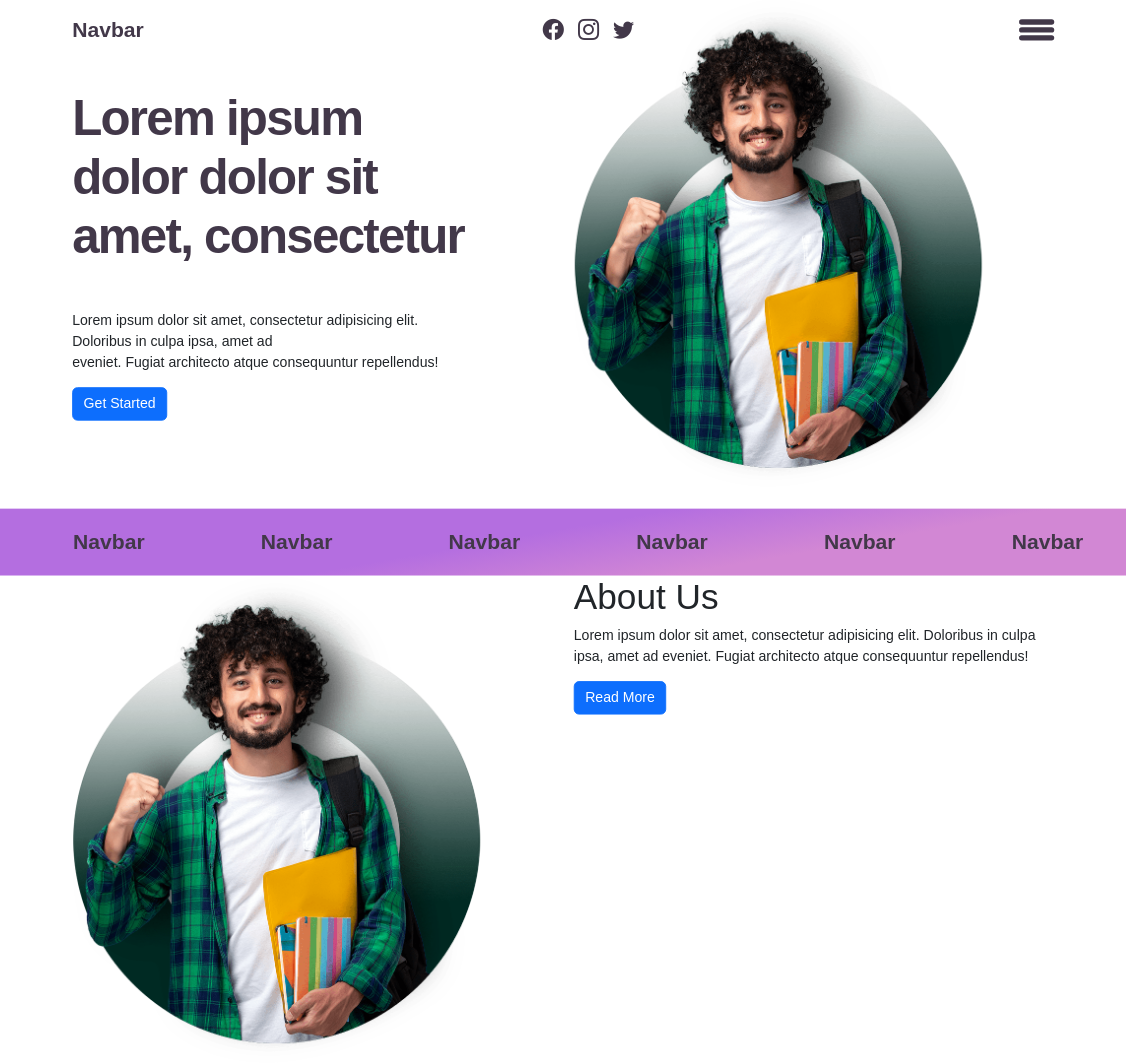
Repository: tagnam/project27012025
Page: index.html
The author's editor kept a copy of each file at every save. The page is drawn from the files as they stood at one save, then again after a run of saves.
The browser window is 1280 px wide. The pictures show the whole page, at 88% of full size.

Above is the page before, as saved 2025-01-27 16:16:32.

### index.html
<!DOCTYPE html>
<html lang="en">
<head>
    <meta charset="UTF-8">
    <meta name="viewport" content="width=device-width, initial-scale=1.0">
    <link href="https://cdn.jsdelivr.net/npm/bootstrap@5.3.3/dist/css/bootstrap.min.css" rel="stylesheet" integrity="sha384-QWTKZyjpPEjISv5WaRU9OFeRpok6YctnYmDr5pNlyT2bRjXh0JMhjY6hW+ALEwIH" crossorigin="anonymous">
    <link rel="stylesheet" href="style/css/index.css">
    <link rel="stylesheet" href="style/css/animation.css">
    <link rel="stylesheet" href="style/css/responsive.css">
    <title>project27012025</title>
</head>
<body>
<header>
    <!-- --------------------------------------------start nav bar ------------------------------->
    <nav class="navbar navbar-expand-lg custom-nav">
        <div class="container">
          <div class="collapse navbar-collapse justify-content-between" id="navbarSupportedContent">
            <a class="navbar-brand" href="#">Navbar</a>
            <ul class="navbar-nav  ">

              <li class="nav-item">
                <a class="nav-link" href="#"><i class="bi bi-facebook"></i></a>
              </li>
              <li class="nav-item">
                <a class="nav-link" href="#"><i class="bi bi-instagram"></i></a>
              </li>
              <li class="nav-item">
                <a class="nav-link" href="#"><i class="bi bi-twitter"></i></a>
              </li>
            </ul>
            <div class="d-flex">
               <div class="menu-container" type="button" data-bs-toggle="offcanvas" data-bs-target="#offcanvasExample" aria-controls="offcanvasExample">
                <span class="span-menu-01 menu-icon"></span>
                <span class="span-menu-02 menu-icon"></span>
                <span class="span-menu-03 menu-icon"></span>
            </div>
            </div>
          </div>
        </div>
      </nav>

      <!-- ------------------------------start offcanvas ---------------------------------------->
      <div class="offcanvas offcanvas-start " tabindex="-1" id="offcanvasExample" aria-labelledby="offcanvasExampleLabel">
        <div class="offcanvas-header">
          <h5 class="offcanvas-title" id="offcanvasExampleLabel">Offcanvas</h5>
          <button type="button" class="btn-close text-reset" data-bs-dismiss="offcanvas" aria-label="Close"></button>
        </div>
        <div class="offcanvas-body">
          <div>
            Some text as placeholder. In real life you can have the elements you have chosen. Like, text, images, lists, etc.
          </div>
          <div class="dropdown mt-3">
            <button class="btn btn-secondary dropdown-toggle" type="button" id="dropdownMenuButton" data-bs-toggle="dropdown">
              Dropdown button
            </button>
            <ul class="dropdown-menu" aria-labelledby="dropdownMenuButton">
              <li><a class="dropdown-item" href="#">Action</a></li>
              <li><a class="dropdown-item" href="#">Another action</a></li>
              <li><a class="dropdown-item" href="#">Something else here</a></li>
            </ul>
          </div>
        </div>
      </div>
       <!-- -----------------------------end offcanvas ------------------------------------------->
      <!------------------------------------------------ end navbar ----------------------------->


</header>
<section class="hero-section">
    <div  class="container" style="height: 100%;">
        <div class="row" >
            <div class="col-lg-6 col-md-6 col-sm-12">
                <div class="banner-content ">
                    <h1>Lorem ipsum dolor  dolor sit amet, consectetur </h1>
                    <p>Lorem ipsum dolor sit amet, consectetur adipisicing elit. Doloribus in culpa ipsa, amet ad<br> eveniet. Fugiat architecto atque consequuntur repellendus!</p>
                    <button class="btn btn-primary">Get Started</button>
                </div>
            </div>
            <div class="col-lg-6 col-md-6 col-sm-12">
                <div class="banner-img d-flex justify-content-end">
                    <img src="image/hero-banner-01.webp" class="w-100" alt="">

            </div>

        </div>
    </div>
    <!-- <div class="row">
        <div class="col-lg-6 col-md-6 col-sm-12 d-flex justify-content-start">
            <div class="banner-btn">
                <a class="btn custom-btn btn-outline-success"> Get Started </a>
            </div>
        </div>
        <div class="col-lg-6 col-md-6 col-sm-12 d-flex justify-content-end">
             <div class="banner-footer-text">
                <p>Lorem ipsum dolor sit amet <br>consectetur adipisicing elit. Numquam, vel.</p>
             </div>

    </div>
 </div> -->
  </section>


<section class="client-section">
    <div class="container-fluid">
       <div class="row  row-cols-3 row-cols-md-6 g-4">
        <div class="col client-logo">
            <a class="navbar-brand w-25" href="#">Navbar</a>
        </div>
        <div class="col client-logo">
            <a class="navbar-brand w-25" href="#">Navbar</a>
        </div>
        <div class="col client-logo">
            <a class="navbar-brand w-25" href="#">Navbar</a>
        </div>
        <div class="col client-logo">
            <a class="navbar-brand w-25" href="#">Navbar</a>
        </div>
        <div class="col client-logo">
            <a class="navbar-brand w-25" href="#">Navbar</a>
        </div>
        <div class="col client-logo">
            <a class="navbar-brand w-25" href="#">Navbar</a>
        </div>

    </div>
    </div>
</section>

<section>
    <div class="container">
        <div class="row">
            <div class="col-lg-6 col-md-6 col-sm-12">
                <div class="about-img">
                    <img src="image/hero-banner-01.webp" class="w-100" alt="">
                </div>
            </div>
            <div class="col-lg-6 col-md-6 col-sm-12">
                <div class="about-content">
                    <h1>About Us</h1>
                    <p>Lorem ipsum dolor sit amet, consectetur adipisicing elit. Doloribus in culpa ipsa, amet ad eveniet. Fugiat architecto atque consequuntur repellendus!</p>
                    <button class="btn btn-primary">Read More</button>
                </div>
            </div>

        </div>
    </div>
</section>
<script src="https://cdn.jsdelivr.net/npm/bootstrap@5.3.3/dist/js/bootstrap.bundle.min.js" integrity="sha384-YvpcrYf0tY3lHB60NNkmXc5s9fDVZLESaAA55NDzOxhy9GkcIdslK1eN7N6jIeHz" crossorigin="anonymous"></script>
<script src="style/js/custom.js"></script>
</body>
</html>

### style/css/index.css
@import url("https://cdn.jsdelivr.net/npm/bootstrap-icons@1.11.3/font/bootstrap-icons.min.css");

*{
 margin: 0;
padding: 0;
box-sizing: border-box;
}

:root{
    --dark-color:#423849;
    --semi-dark-color:#b46ee0;
    --light-color:#d287d4;
    --white-color:#fff;
    --main-heading-font-size: 3.5rem;
    --subheading-font-size: 2rem;
    --paragraph-font-size: 1rem;


}


body{
    font-family: 'Poppins', sans-serif;


}

header{
    position: fixed;
    top: 0;
    z-index: 1000;
width: 100%;
}

.navbar-brand{
    font-size: 1.5rem;
    font-weight: 800;
    color: var(--dark-color);
}

.menu-icon{
    display: block;
    width: 40px;
    height: 6px;
    background-color: var(--dark-color);
    margin: 3px auto;
    border-radius: 20px;
    cursor: pointer;
}


.nav-link .bi{
    font-size: 1.5rem;
    color: var(--dark-color);
}

.banner-content{
    margin: 100px auto;
    padding-right: 100px;
}

.banner-content h1{
    color: var(--dark-color);
    font-weight: 800;
    /* font-size: 55px; */
    font-size: var(--main-heading-font-size);
    letter-spacing: -2px;
    margin: 50px 0px;
}
/* .hero-section{
   background-image: url(/image/business-banner.jpg);
    background-size: cover;
    background-position: center;
    height: 100vh;
} */

.banner-footer-text p{
    color: var(--dark-color);

}


.client-section{
    background: linear-gradient(-190deg, rgba(180,110,224,1) 45%, rgba(210,135,212,1) 70%);
    padding: 20px 0px;
    overflow: hidden;
}

.client-logo{
    display: flex;
    justify-content: center;
    align-items: center;
    flex-wrap: wrap;
    color: var(--white-color);
}

Loaded but not shown: style/js/custom.js (no copy from this time; the picture is the same without it); style/css/animation.css (no stored copy; drawn as an empty file); style/css/responsive.css (no stored copy; drawn as an empty file)

After the next 2 saves:
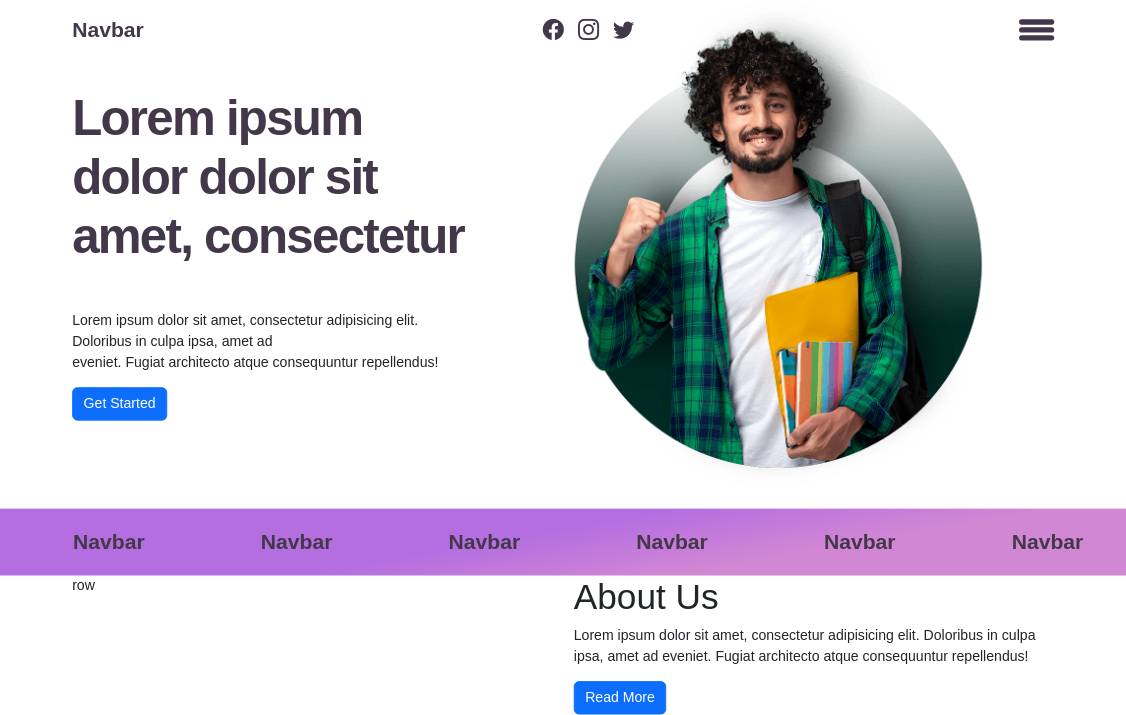
The 2 saves are shown as one change because they came seconds apart.
The last was saved 12 s later.
--- a/index.html
+++ b/index.html
@@ -130,9 +130,7 @@
     <div class="container">
         <div class="row">
             <div class="col-lg-6 col-md-6 col-sm-12">
-                <div class="about-img">
-                    <img src="image/hero-banner-01.webp" class="w-100" alt="">
-                </div>
+                row
             </div>
             <div class="col-lg-6 col-md-6 col-sm-12">
                 <div class="about-content">
